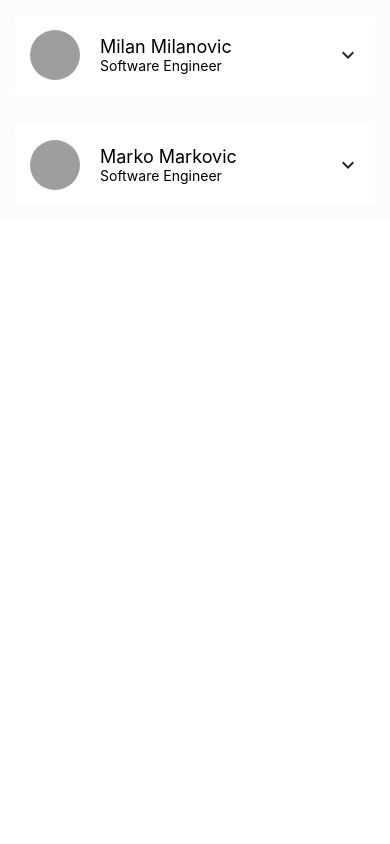
Repository: likanbl/intern-feature
Screen: /
An editor plug-in stored every save of this project. The screen is shown before and after the next save, followed by the edit.
Pictures or frames that could not be fetched are drawn as grey boxes. The app was drawn by React Native's web renderer in a window 390 px wide. The project was rebuilt for these pictures with package versions that can differ from the ones it lists, and the page was loaded fresh each time.

Above is the screen before, as saved 2019-09-16 14:30:00.

After the next save:
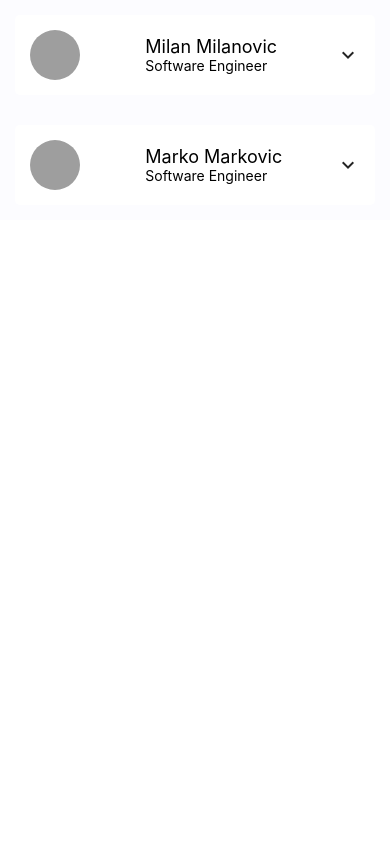
Saved 17 s later.
--- a/src/components/intern-feature/InternItems.js
+++ b/src/components/intern-feature/InternItems.js
@@ -20,7 +20,7 @@ export function InternItems(props) {
             setIsOpen(!isOpen);
           }}>
           <View style={styles.titleContainer}>
-            <View>
+            <View style={styles.avatarView}>
               <Avatar
                 size="medium"
                 rounded
